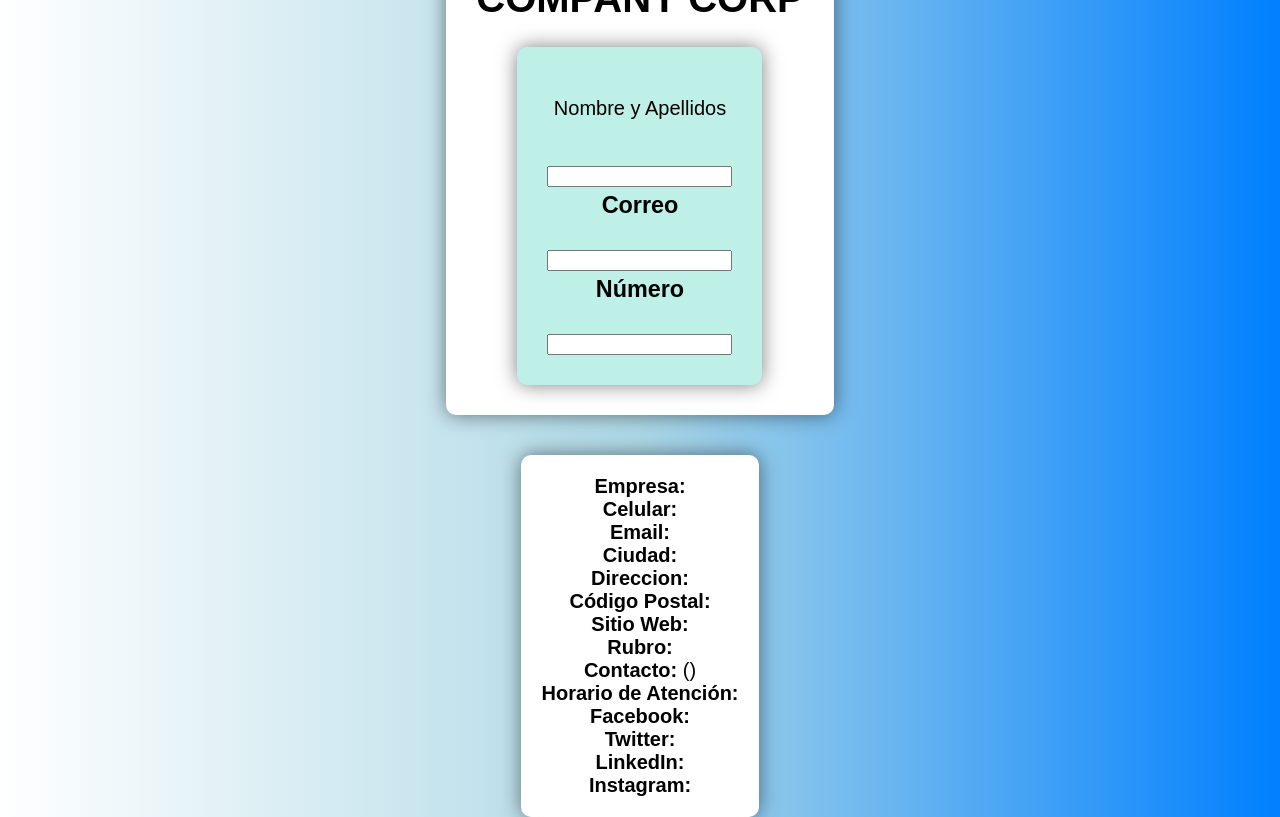
Repository: ANGELEDU141/TAREAWEBEWJASJDASJ
Page: http://localhost/JAVAWEBTAREA/WEB-INF/views/contenido.jsp
An editor plug-in stored every save of this project. The page is shown before and after the next save, followed by the edit.
The browser window is 1280 px wide. The pictures show the whole page.
The page is served by Tomcat 9. Nobody is signed in. The template is opened directly, without the code that normally fills it, so the values that code supplies are empty.

Above is the page before, as saved 2024-09-01 10:05:11.

After the next save:
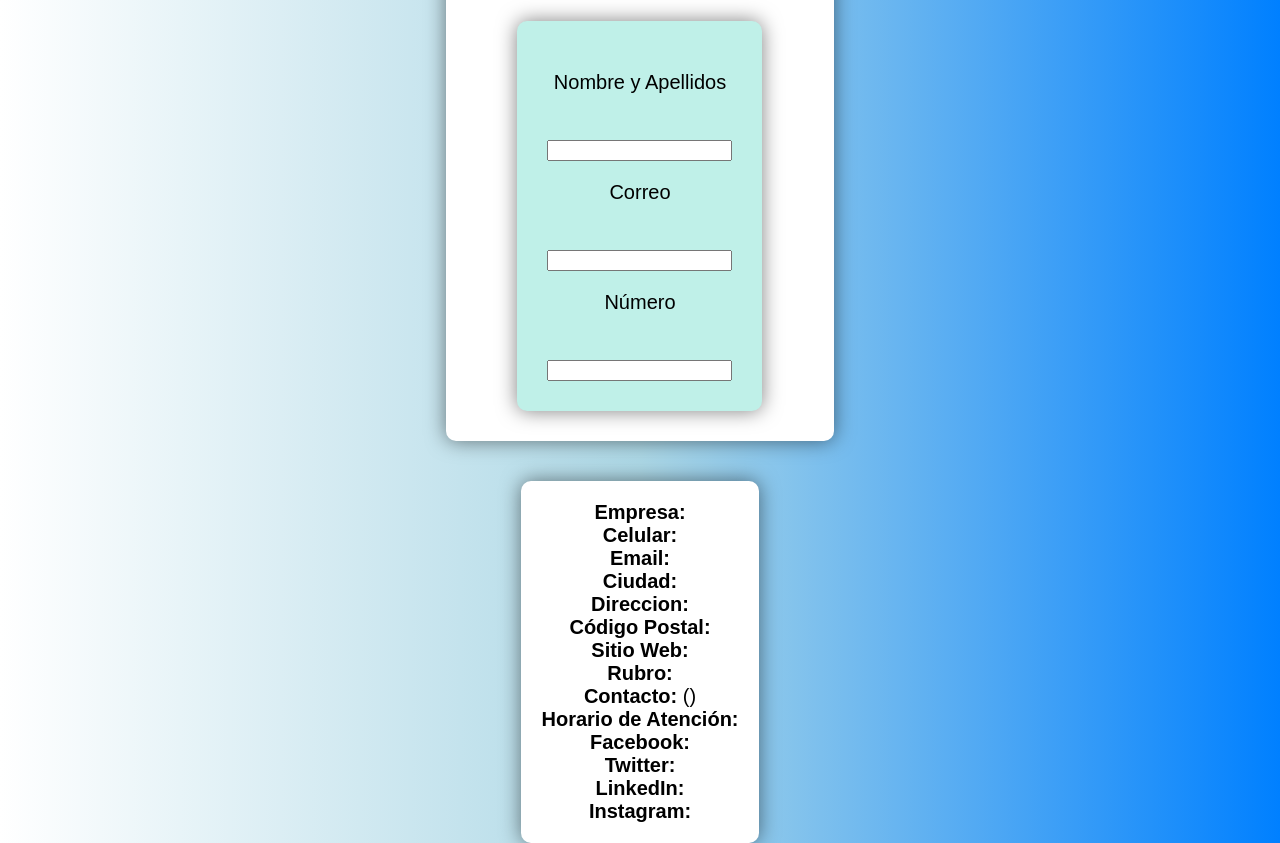
Saved 25 s later.
--- a/JAVAWEBTAREA/src/main/webapp/WEB-INF/views/contenido.jsp
+++ b/JAVAWEBTAREA/src/main/webapp/WEB-INF/views/contenido.jsp
@@ -84,9 +84,9 @@
 
         <p>Nombre y Apellidos</p><br>
         <input>
-        <h3>Correo</h3><br>
+        <p>Correo</p><br>
         <input>
-        <h3>Número</h3><br>
+        <p>Número</p><br>
          <input>
 
 
